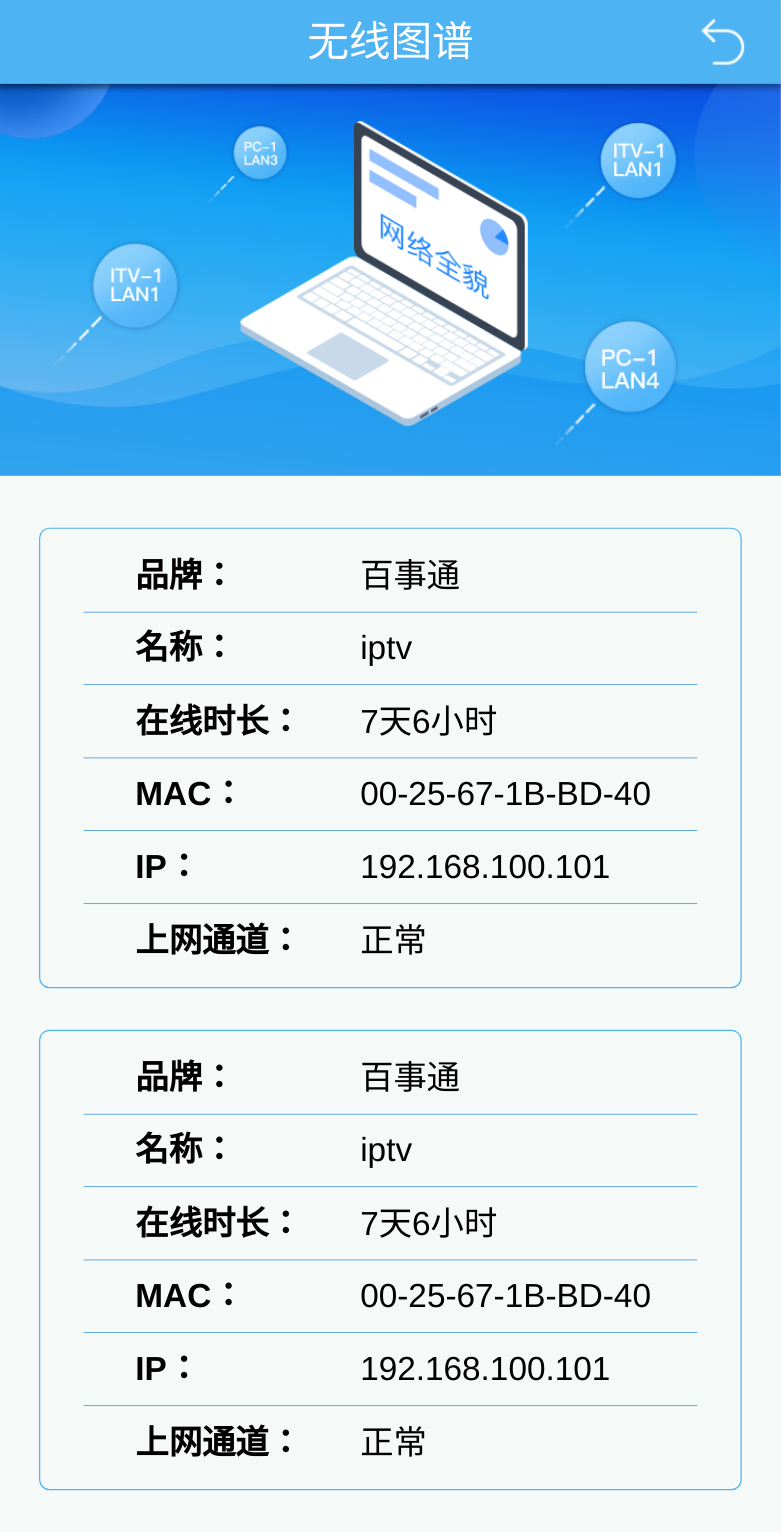
Repository: wangbiaozy/8.24
Page: index_2.html
An editor plug-in stored every save of this project. The page is shown before and after the next save, followed by the edit.
The browser window is 1280 px wide. The pictures show the whole page, at 61% of full size.

Above is the page before, as saved 2018-08-22 17:06:42.

After the next save:
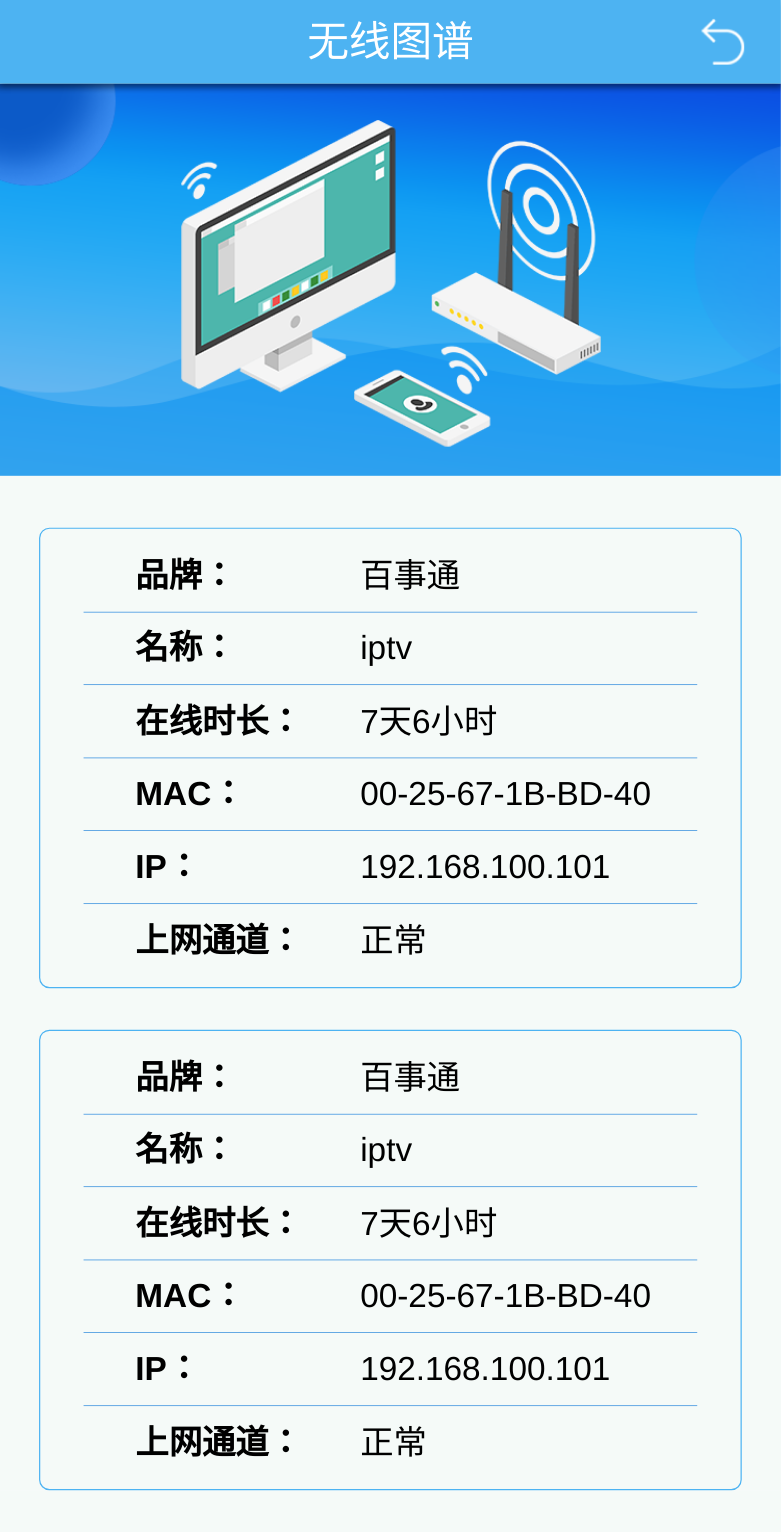
Saved 20 s later.
--- a/index_2.html
+++ b/index_2.html
@@ -14,7 +14,7 @@
         <p>无线图谱</p>
         <a class="back" href="javascript:void(0)"></a>
     </header>
-    <section></section>
+    <section class="wx"></section>
     <main>
         <ul>
             <li>
